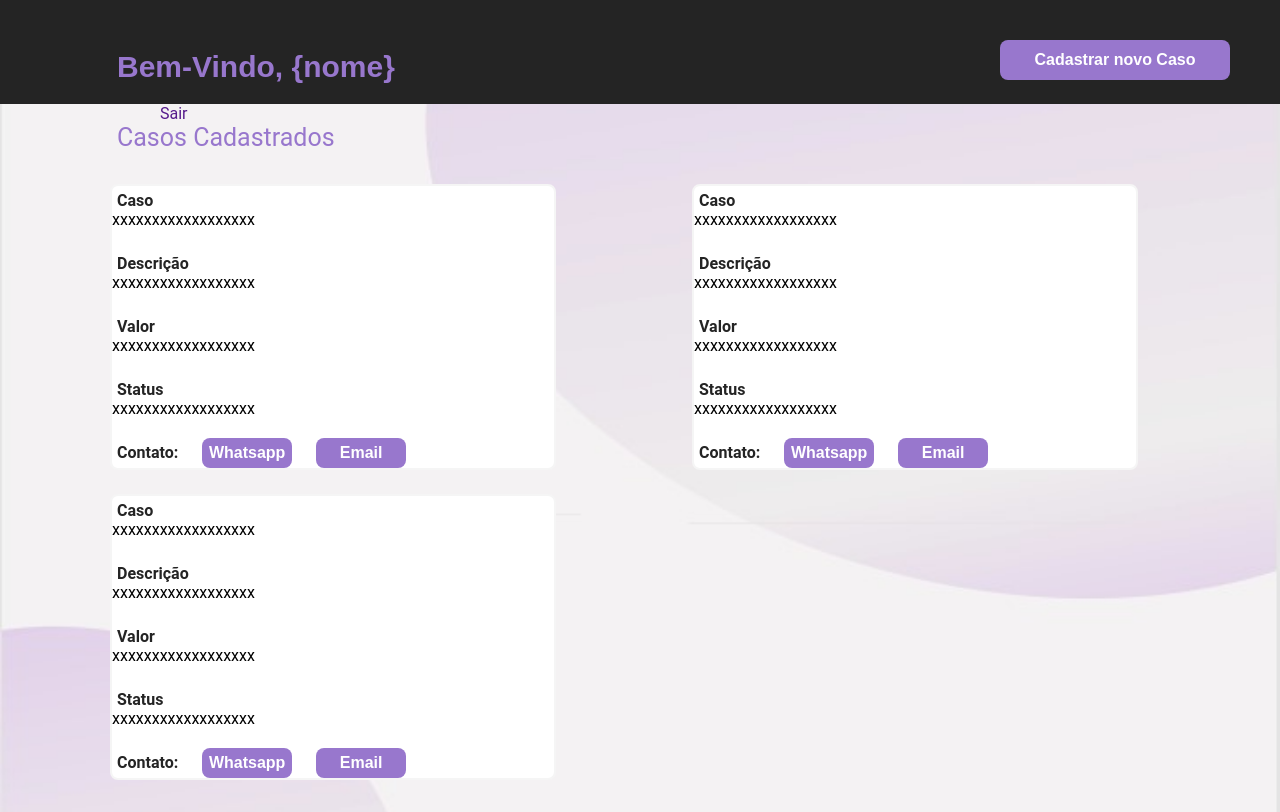
Repository: Dirlandia404/Casos
Page: src/pages/listaCasos.html
An editor plug-in stored every save of this project. The page is shown before and after the next save, followed by the edit.
The browser window is 1280 px wide. The pictures show the whole page.

Above is the page before, as saved 2021-07-16 22:42:04.

### src/pages/listaCasos.html
<!DOCTYPE html>
<html lang="en">
<head>
    <meta charset="UTF-8">
    <meta http-equiv="X-UA-Compatible" content="IE=edge">
    <meta name="viewport" content="width=device-width, initial-scale=1.0">
    <title>Casos Cadastrados</title>

    <link rel="stylesheet" href="/src/style/listaCasos.css">
    <link rel="stylesheet" href="/src/style/midia.css">
</head>
<body>
    <header>
        <h6>Bem-Vindo, {nome}</h6>

        <a href="/src/pages/casosConcluidos.html">
            <button>Cadastrar novo Caso</button>
        </a>

    </header>
    <div id="linha2">
        <a href="">Sair</a>
        <p>Casos Cadastrados</p>

    </div>


       <div id="box-casos">
           <ul>
               <li>
                   <div class="dados">
                       <strong>Caso </strong>
                       <h7>xxxxxxxxxxxxxxxxxx</h7>
                       <strong>Descrição</strong>
                       <h7>xxxxxxxxxxxxxxxxxx</h7>
                       <strong>Valor</strong>
                       <h7>xxxxxxxxxxxxxxxxxx</h7>
                       <strong>Status</strong>
                       <h7>xxxxxxxxxxxxxxxxxx</h7>
                       <div id="fieldset">
                           <strong>Contato:</strong>
                           <button>Whatsapp</button>
                           <button>Email</button>
                       </div>

                   </div>

               </li>

               <li>
                <div class="dados">
                    <strong>Caso </strong>
                    <h7>xxxxxxxxxxxxxxxxxx</h7>
                    <strong>Descrição</strong>
                    <h7>xxxxxxxxxxxxxxxxxx</h7>
                    <strong>Valor</strong>
                    <h7>xxxxxxxxxxxxxxxxxx</h7>
                    <strong>Status</strong>
                    <h7>xxxxxxxxxxxxxxxxxx</h7>
                    <div id="fieldset">
                        <strong>Contato:</strong>
                        <button>Whatsapp</button>
                        <button>Email</button>
                    </div>

                </div>

            </li>
            <li>
                <div class="dados">
                    <strong>Caso </strong>
                    <h7>xxxxxxxxxxxxxxxxxx</h7>
                    <strong>Descrição</strong>
                    <h7>xxxxxxxxxxxxxxxxxx</h7>
                    <strong>Valor</strong>
                    <h7>xxxxxxxxxxxxxxxxxx</h7>
                    <strong>Status</strong>
                    <h7>xxxxxxxxxxxxxxxxxx</h7>
                    <div id="fieldset">
                        <strong>Contato:</strong>
                        <button>Whatsapp</button>
                        <button>Email</button>
                    </div>

                </div>

            </li>

           </ul>

       </div>

</body>
</html>

### src/style/listaCasos.css

header{
    display: flex;
    justify-content: space-between;
    background-color: #242424;

}
header h6{
    margin-top: 50px;
    margin-left: 117px;
    margin-bottom: 20px;
    font-size: 30px;
    color: #9877CD;
}

p{
    margin-left: 117px;
    font-size: 25px;
    color: #9877CD;
}
a{
    margin-left: 160px;
    margin-top: 50px;
    margin-right: 50px;
    font-size: 16px;
}

header a button{
    width: 230px;
    height: 40px;
    background-color: #9877CD;
    border-radius: 8px;
    color: white;
    font-weight: bold;
    font-size: 16px;
    border: 0;
    margin-left: 160px;
    margin-top: -50px;
    transition: 400ms;
}
#header2{
    display: flex;
    justify-content: space-between;
    background-color: #242424;

}

#box-casos{
    width: 100%;
    padding: 0 30px;
    margin: 32px auto;
}

#box-casos .dados{
    display: flex;
    flex-direction: column;
    width: 70%;
}
#box-casos ul{
    margin-left: 80px;
    display: grid;
    grid-template-columns: 1fr 1fr;
    grid-gap: 24px;
    list-style: none;
}


#box-casos ul li{
    background-color: white;
    border: 2px solid  #f5f5f5;
    border-radius: 8px;
    height: 100%;
    width: 80%;
    font-size: 16px;
}

#box-casos ul li strong{
    margin-top: 5px;
    font-size: 15px;
    margin-left: 5px;
}

#box-casos ul li strong{
    color: #242424;
    font-size: 16px;
    font-style: bold;
}

h7{
    margin-bottom: 20px;
}

.dados{
    display: flex;
    justify-content: space-between;
}

#fieldset button{
    width: 90px;
    height: 30px;
    background-color: #9877CD;
    border-radius: 8px;
    color: white;
    font-weight: bold;
    font-size: 16px;
    border: 0;
    margin-left: 20px;


}

### src/style/midia.css
@media(max-width: 900px){
    #page-home{
        background-position-x: 70vw;
    }
    #page-home .content{
        align-items: center;
        text-align: center;

    }

    #page-home main{
        align-items: center;
    }

}
@media(min-width:1700px){
    #page-home, #page-login{
        background-position-x: 40vw;
    }

}
@media(max-height:760px){
    #page-home, #page-login{
        background-position-y: 200px;
    }
}

*{
    margin: 0;
    padding: 0;
    box-sizing: border-box;
}
html{
    font-family: 'Roboto', sans-serif;

}
body{
    background: #E5E5E5;
    -webkit-font-smoothing: antialiased;
    background-image: url("/public/fundo.jpeg");

    background-repeat: no-repeat;
    background-size:cover;

}

a{
    text-decoration: none;

}
a:hover{
    text-decoration: underline;
}
h1, h2, h3,h4, h5, h6{
    font-family: sans-serif;
}

After the next save:
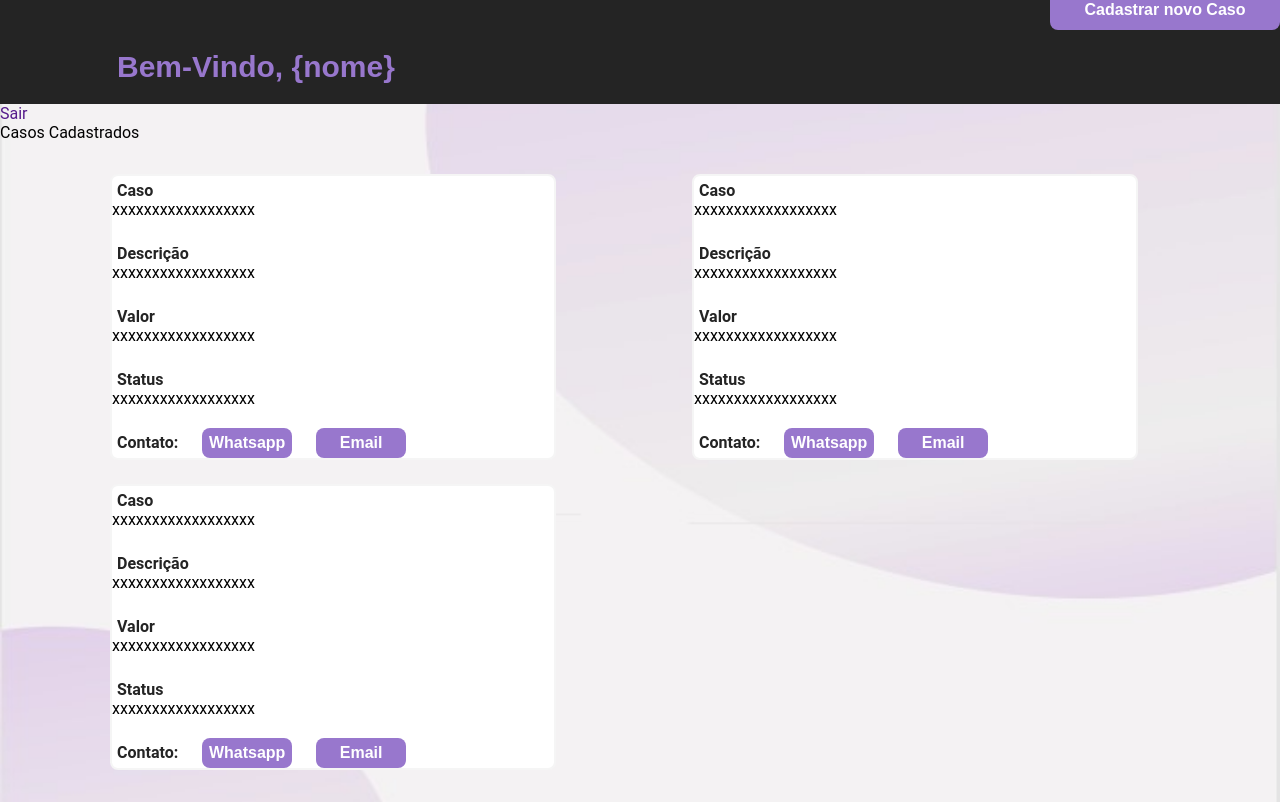
Saved 30 s later.
--- a/src/style/listaCasos.css
+++ b/src/style/listaCasos.css
@@ -13,17 +13,6 @@ header h6{
     color: #9877CD;
 }
 
-p{
-    margin-left: 117px;
-    font-size: 25px;
-    color: #9877CD;
-}
-a{
-    margin-left: 160px;
-    margin-top: 50px;
-    margin-right: 50px;
-    font-size: 16px;
-}
 
 header a button{
     width: 230px;
@@ -43,6 +32,17 @@ header a button{
     justify-content: space-between;
     background-color: #242424;
 
+}
+#header2 p{
+    margin-left: 117px;
+    font-size: 25px;
+    color: #9877CD;
+}
+#header2 a{
+    margin-left: 160px;
+    margin-top: 50px;
+    margin-right: 50px;
+    font-size: 16px;
 }
 
 #box-casos{
